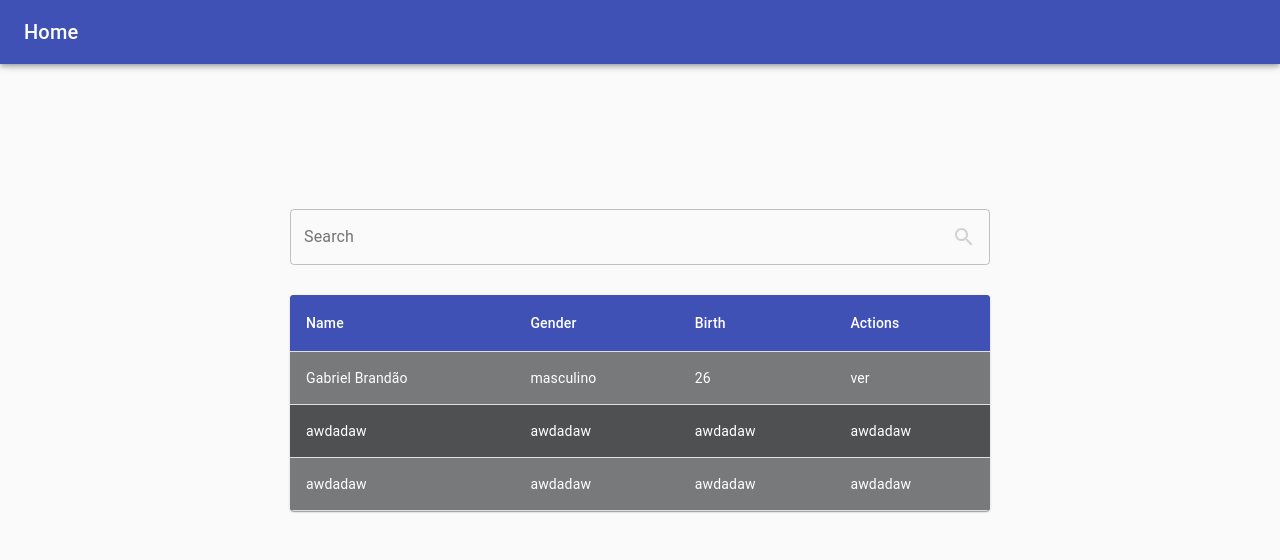
Repository: GabrielBrandaoProjetos/patient-manager
Page: /
The author's editor kept a copy of each file at every save. The page is drawn from the files as they stood at one save, then again after the next save.
The browser window is 1280 px wide. The pictures show the whole page.
The project was rebuilt for these pictures with package versions that can differ from the ones it lists, and the page was loaded fresh each time.

Above is the page before, as saved 2021-09-14 14:12:25.

After the next save:
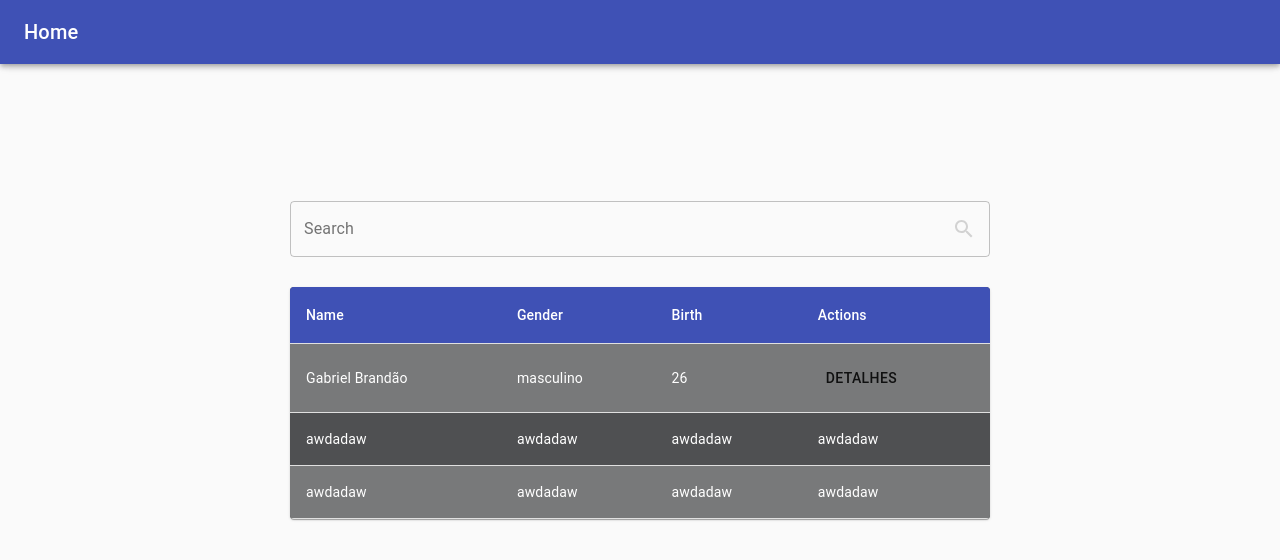
Saved 61 s later.
--- a/src/pages/Home/Home.tsx
+++ b/src/pages/Home/Home.tsx
@@ -1,5 +1,5 @@
 import React from 'react';
-import { AppBar, FormControl, InputAdornment, InputLabel, OutlinedInput, Paper, Table, TableBody, TableCell, TableContainer, TableHead, TableRow, Toolbar, Typography } from '@material-ui/core';
+import { AppBar, Button, FormControl, InputAdornment, InputLabel, OutlinedInput, Paper, Table, TableBody, TableCell, TableContainer, TableHead, TableRow, Toolbar, Typography } from '@material-ui/core';
 import {Search} from '@material-ui/icons'
 import { createStyles, makeStyles, Theme } from '@material-ui/core/styles';
 
@@ -97,7 +97,9 @@ export const Home = () => {
               <TableCell component="th" className={classes.cell}>Gabriel Brandão</TableCell>
               <TableCell className={classes.cell}>masculino</TableCell>
               <TableCell className={classes.cell}>26</TableCell>
-              <TableCell className={classes.cell}>ver</TableCell>
+              <TableCell className={classes.cell}>
+                <Button>Detalhes</Button>
+              </TableCell>
             </TableRow>
             <TableRow className={classes.rowBody}>
               <TableCell className={classes.cell}>awdadaw</TableCell>
